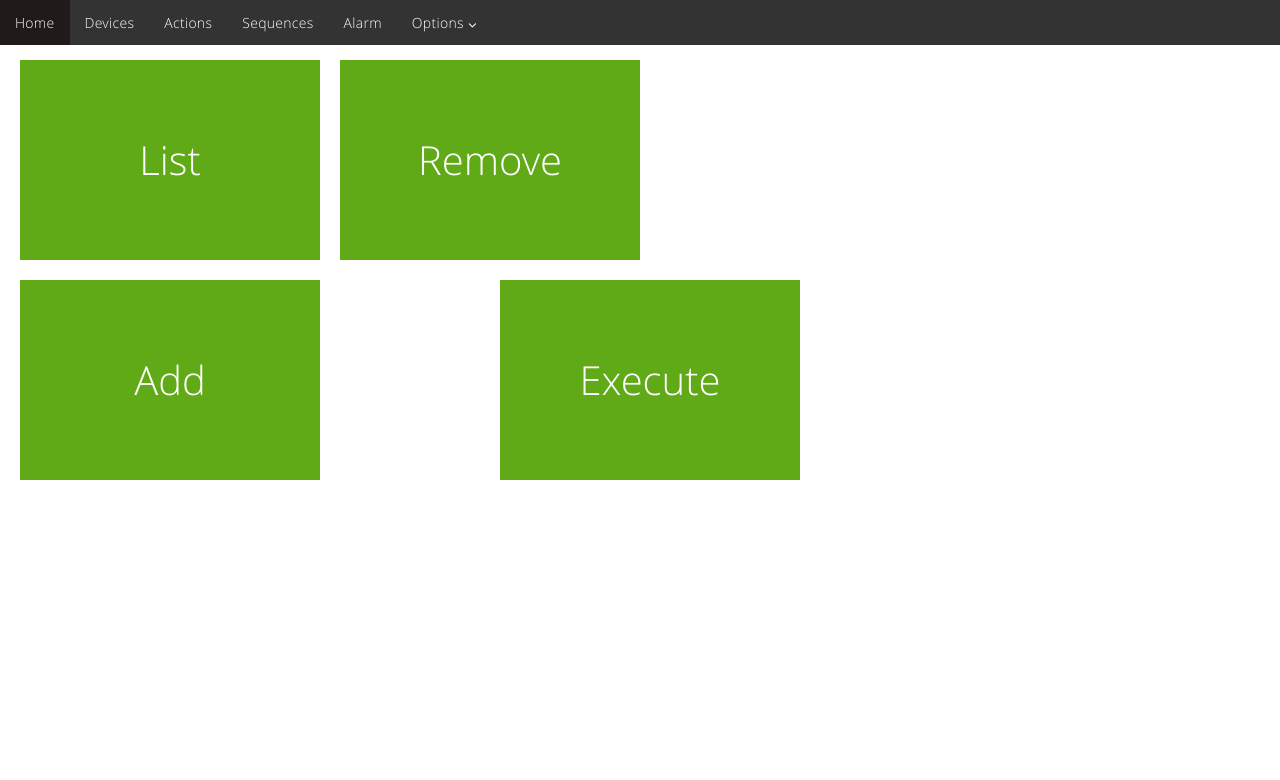
Repository: Pietvergiet/RPiProject
Page: http://localhost/RPi/Action
These files come from the project's save history. The page is drawn as it stood at one moment and after the next save; the edit follows.
The browser window is 1280 px wide. The pictures show the whole page.
The page is served by Tomcat 9. Other server files are loaded and not shown.

Above is the page before, as saved 2014-10-27 13:27:00.

### RPi/src/main/webapp/Action.jsp
<%@ page language="java" contentType="text/html; charset=ISO-8859-1"
    pageEncoding="ISO-8859-1"%>
<!DOCTYPE html PUBLIC "-//W3C//DTD HTML 4.01 Transitional//EN" "http://www.w3.org/TR/html4/loose.dtd">
<html>
<head>

        <link rel="stylesheet" href="BootstrapMetro/docs/css/metro-bootstrap.css">
        <script src="BootstrapMetro/docs/js/jquery/jquery.min.js"></script>
        <script src="BootstrapMetro/docs/js/jquery/jquery.widget.min.js"></script>
        <script src="BootstrapMetro/min/metro.min.js"></script>
        <link rel="shortcut icon" href="images/remote_control.ico" />
	    <title>SuperRemotely</title>

</head>
<body class="metro">
<!-- Header -->
<nav class="navigation-bar dark fixed-top">
	<nav class="navigation-bar-content">
        <ul class="element-menu">
        	<li><a href="/RPi">Home</a></li>
        	<li><a href="./Devices">Devices</a></li>
        	<li><a href="./Action">Actions</a></li>
        	<li><a href="#Sequence">Sequences</a></li>
        	<li><a href="#Alarm">Alarm</a></li>
        	<li>
                <a class="dropdown-toggle" href="#Options">Options</a>
                <ul class="dropdown-menu dark" data-role="dropdown" style="display: none;">
                	<li><a href="#Time">Set the time</a></li>
                    <li><a href="#Record">Record new action</a></li>
                    <li><a href="#Add">Add a new Device</a></li>
                    <li><a href="#Remove">Remove a device</a></li>
                    <li><a href="#Edit">Remove an action</a></li>
                </ul>
            </li>
    	</ul>
    </nav>
</nav>

<!-- Body -->
<div class="grid" style="margin-left:20px;margin-top:60px">
	<div class="grid">

		<form method="post" action="doAction">
			<div class="row" >
				<div class="span4"><input name="button" class="bg-green bg-hover-lime fg-white" type="submit" value="List" style="font-size:40px; height:200px; width:300px;"></div>
				<div class="span4"><input name="button" class="bg-green bg-hover-lime fg-white" type="submit" value="Remove" style="font-size:40px; height:200px; width:300px;"></div>
			</div>
			<div class="row">
				<div class="span6"><input name="button" class="bg-green bg-hover-lime fg-white" type="submit" value="Add" style="font-size:40px; height:200px; width:300px;"></div>
				<div class="span6"><input name="button" class="bg-green bg-hover-lime fg-white" type="submit" value="Execute" style="font-size:40px; height:200px; width:300px;"></div>
			</div>
		</form>

</div>
</body>
</html>

Loaded but not shown: RPi/src/main/webapp/BootstrapMetro/docs/css/metro-bootstrap.css (library); RPi/src/main/webapp/BootstrapMetro/docs/js/jquery/jquery.min.js (library); RPi/src/main/webapp/BootstrapMetro/docs/js/jquery/jquery.widget.min.js (library); RPi/src/main/webapp/BootstrapMetro/min/metro.min.js (library)

After the next save:
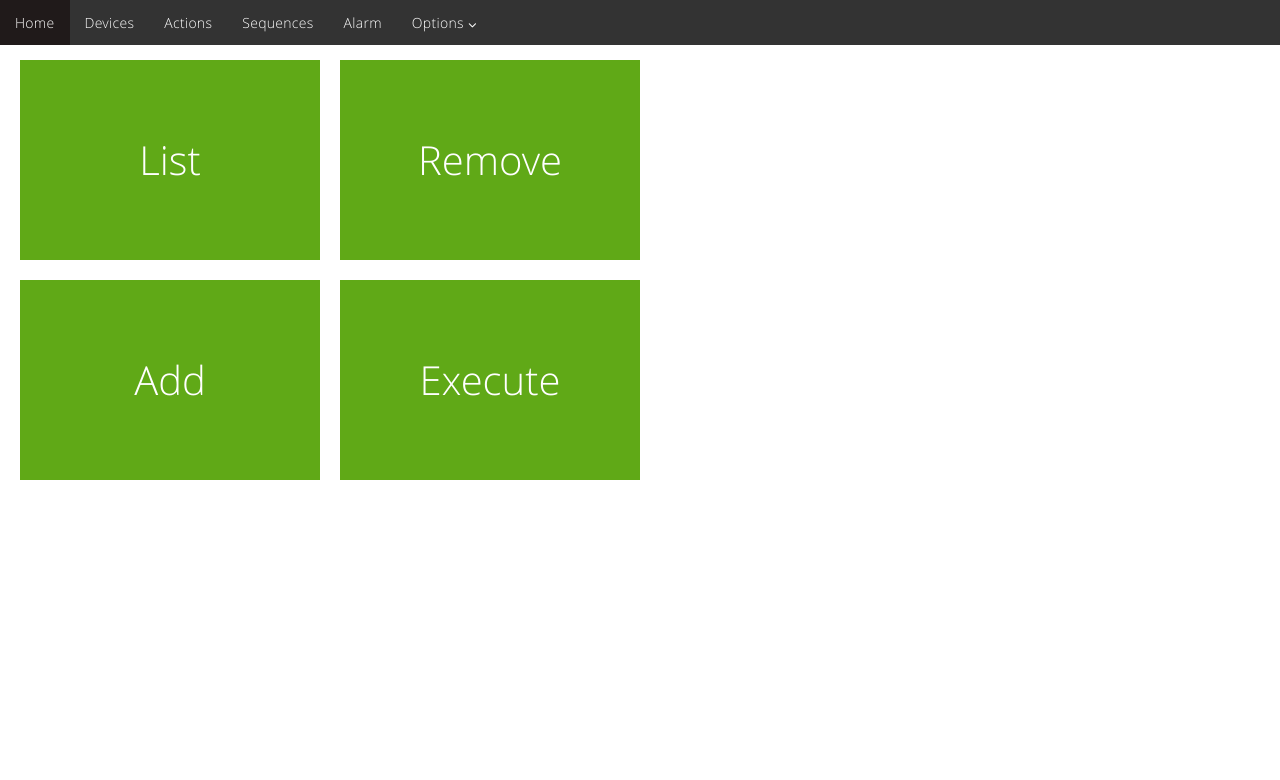
Saved 9 s later.
--- a/RPi/src/main/webapp/Action.jsp
+++ b/RPi/src/main/webapp/Action.jsp
@@ -46,8 +46,8 @@
 				<div class="span4"><input name="button" class="bg-green bg-hover-lime fg-white" type="submit" value="Remove" style="font-size:40px; height:200px; width:300px;"></div>
 			</div>
 			<div class="row">
-				<div class="span6"><input name="button" class="bg-green bg-hover-lime fg-white" type="submit" value="Add" style="font-size:40px; height:200px; width:300px;"></div>
-				<div class="span6"><input name="button" class="bg-green bg-hover-lime fg-white" type="submit" value="Execute" style="font-size:40px; height:200px; width:300px;"></div>
+				<div class="span4"><input name="button" class="bg-green bg-hover-lime fg-white" type="submit" value="Add" style="font-size:40px; height:200px; width:300px;"></div>
+				<div class="span4"><input name="button" class="bg-green bg-hover-lime fg-white" type="submit" value="Execute" style="font-size:40px; height:200px; width:300px;"></div>
 			</div>
 		</form>
 
